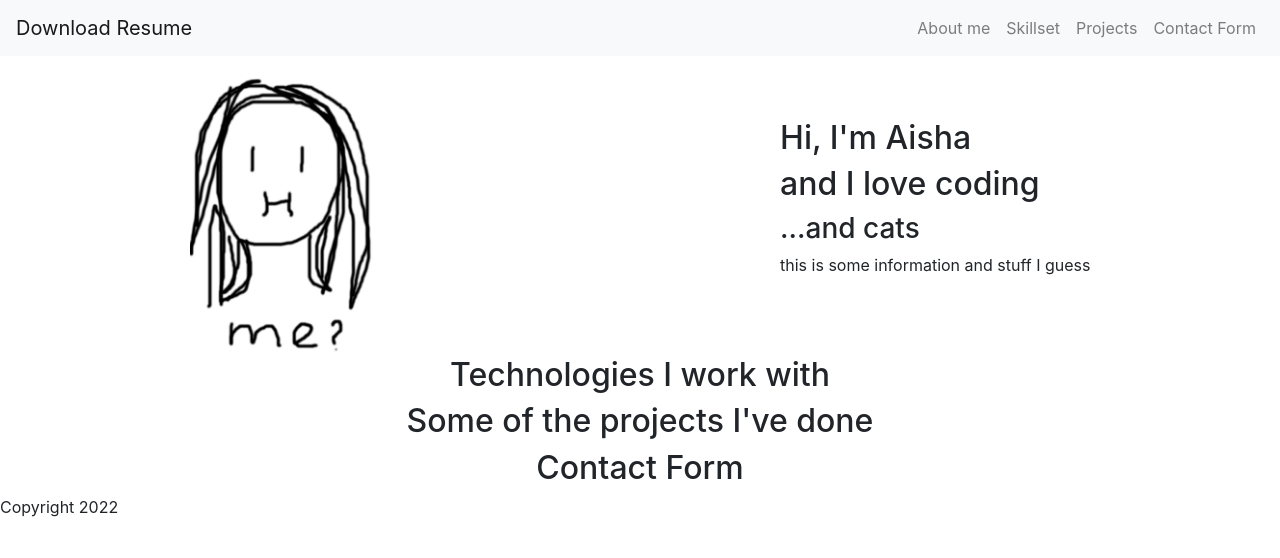
Repository: aishakapan/portfolio
Page: index.html
An editor plug-in stored every save of this project. The page is shown before and after the next save, followed by the edit.
The browser window is 1280 px wide. The pictures show the whole page.
Some web libraries are served in a nearby version.

Above is the page before, as saved 2022-08-19 09:45:24.

### index.html
<!DOCTYPE html>
<html lang="en">
<head>
    <meta charset="UTF-8">
    <meta http-equiv="X-UA-Compatible" content="IE=edge">
    <meta name="viewport" content="width=device-width, initial-scale=1.0">
    <!-- bootstrap links -->
    <link rel="stylesheet" href="/styles/index.css">
    <link rel="stylesheet" href="https://cdn.jsdelivr.net/npm/bootstrap@4.0.0/dist/css/bootstrap.min.css" integrity="sha384-Gn5384xqQ1aoWXA+058RXPxPg6fy4IWvTNh0E263XmFcJlSAwiGgFAW/dAiS6JXm" crossorigin="anonymous">
    <title>Aisha Kapan</title>
</head>
<body>
    <nav class="navbar navbar-expand-lg navbar-light bg-light">
        <button class="navbar-toggler" type="button" data-toggle="collapse" data-target="#navbarToggler" aria-controls="navbarToggler" aria-expanded="false" aria-label="Toggle navigation">
            <span class="navbar-toggler-icon"></span>
        </button>

        <a class="navbar-brand" href="#">Download Resume</a>
        <div class="collapse navbar-collapse justify-content-end" id="navbarToggler">
            <div class="navbar-nav">
                <a class="nav-item nav-link" href="#">About me</a>
                <a class="nav-item nav-link" href="#">Skillset </a>
                <a class="nav-item nav-link" href="#">Projects</a>
                <a class="nav-item nav-link" href="#">Contact Form</a>
            </div>
        </div>
    </nav>

    <main>
        <div class="about-container">
        <img src="img/temp.png" alt="my photo" class="about-item pfp">
        <article class="about-item">
            <h2>Hi, I'm Aisha</h2>
            <h2>and I love coding</h2>
            <!-- this will be changing text animation -->
            <h3>...and cats</h3>
            <p>this is some information and stuff I guess</p>
        </article>
        </div>
            <!-- bg image with a cat and hobbies  -->

        <section>
        <h2>Technologies I work with</h2>
            <!-- images/icons -->
        </section>

        <section>
            <h2>Some of the projects I've done</h2>
            <!-- image with descriptions and links -->
        </section>

        <section>
            <h2>Contact Form</h2>
            <!-- First/Last name/message form directed to my e-mail-->
        </section>




    </main>
    <footer>
        Copyright 2022
    </footer>
    <script src="https://code.jquery.com/jquery-3.2.1.slim.min.js" integrity="sha384-KJ3o2DKtIkvYIK3UENzmM7KCkRr/rE9/Qpg6aAZGJwFDMVNA/GpGFF93hXpG5KkN" crossorigin="anonymous"></script>
    <script src="https://cdn.jsdelivr.net/npm/popper.js@1.12.9/dist/umd/popper.min.js" integrity="sha384-ApNbgh9B+Y1QKtv3Rn7W3mgPxhU9K/ScQsAP7hUibX39j7fakFPskvXusvfa0b4Q" crossorigin="anonymous"></script>
    <script src="https://cdn.jsdelivr.net/npm/bootstrap@4.0.0/dist/js/bootstrap.min.js" integrity="sha384-JZR6Spejh4U02d8jOt6vLEHfe/JQGiRRSQQxSfFWpi1MquVdAyjUar5+76PVCmYl" crossorigin="anonymous"></script>
  </body>
</body>
</html>

### styles/index.css
* {
    margin: 0;
    padding: 0;
}

section > h2 {
    text-align: center;
}

.nav-container {
    display: flex;
    background-color: blueviolet;
    justify-content: space-between;
}


.about-container {
    display: flex;
    flex-wrap: wrap;
    justify-content: space-around;
    align-items: center;

}

.about-item {
    flex-basis: 1;
}


.pfp {
    max-width: 300px;
    max-height: 300px;
}

After the next save:
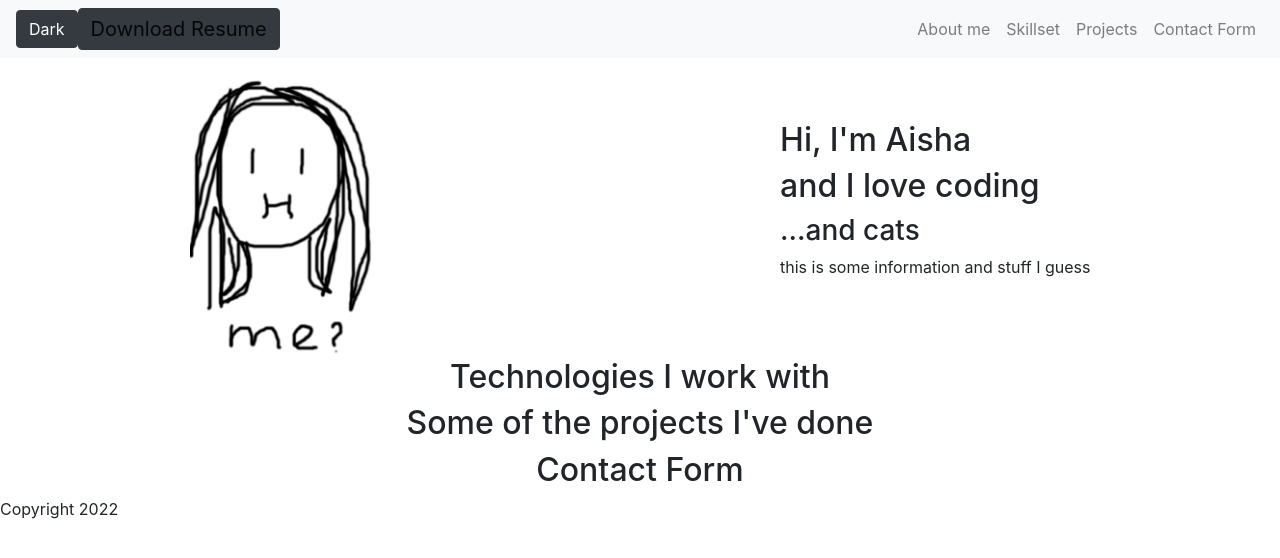
Saved 113 s later.
--- a/index.html
+++ b/index.html
@@ -14,8 +14,8 @@
         <button class="navbar-toggler" type="button" data-toggle="collapse" data-target="#navbarToggler" aria-controls="navbarToggler" aria-expanded="false" aria-label="Toggle navigation">
             <span class="navbar-toggler-icon"></span>
         </button>
-
-        <a class="navbar-brand" href="#">Download Resume</a>
+        <button type="button" class="btn btn-dark">Dark</button>
+        <a class="btn btn-dark navbar-brand" href="#">Download Resume</a>
         <div class="collapse navbar-collapse justify-content-end" id="navbarToggler">
             <div class="navbar-nav">
                 <a class="nav-item nav-link" href="#">About me</a>
